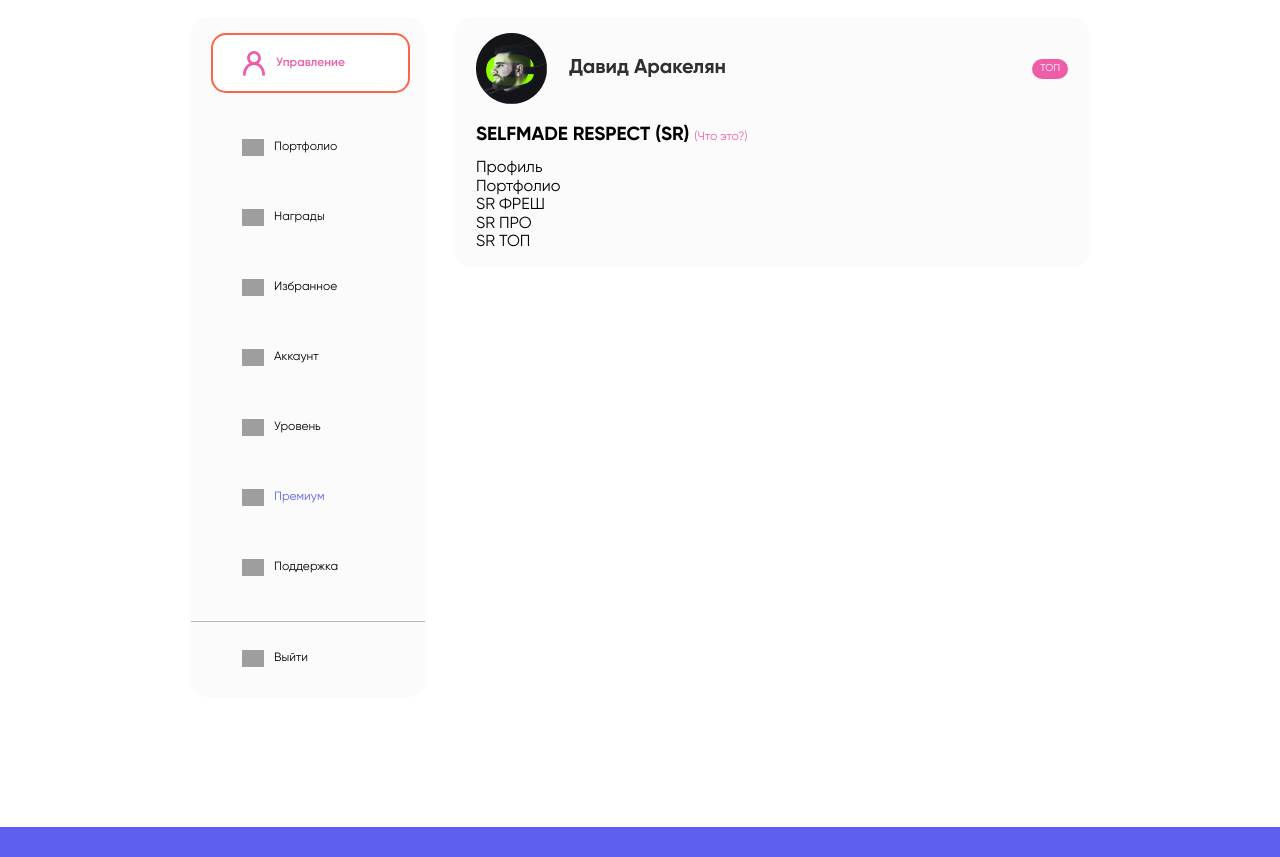
Repository: alexboagreek/selfmade
Page: index.html
These files come from the project's save history. The page is drawn as it stood at one moment and after the next save; the edit follows.
The browser window is 1280 px wide. The pictures show the part of the page from y = 353 to 1210 px (the page is 1719 px tall).
Pictures or frames that could not be fetched are drawn as grey boxes. A picture or video elsewhere on the page could not be fetched, so the positions and the page height are approximate.

Above is the page before, as saved 2022-12-13 12:54:57.

After the next save:
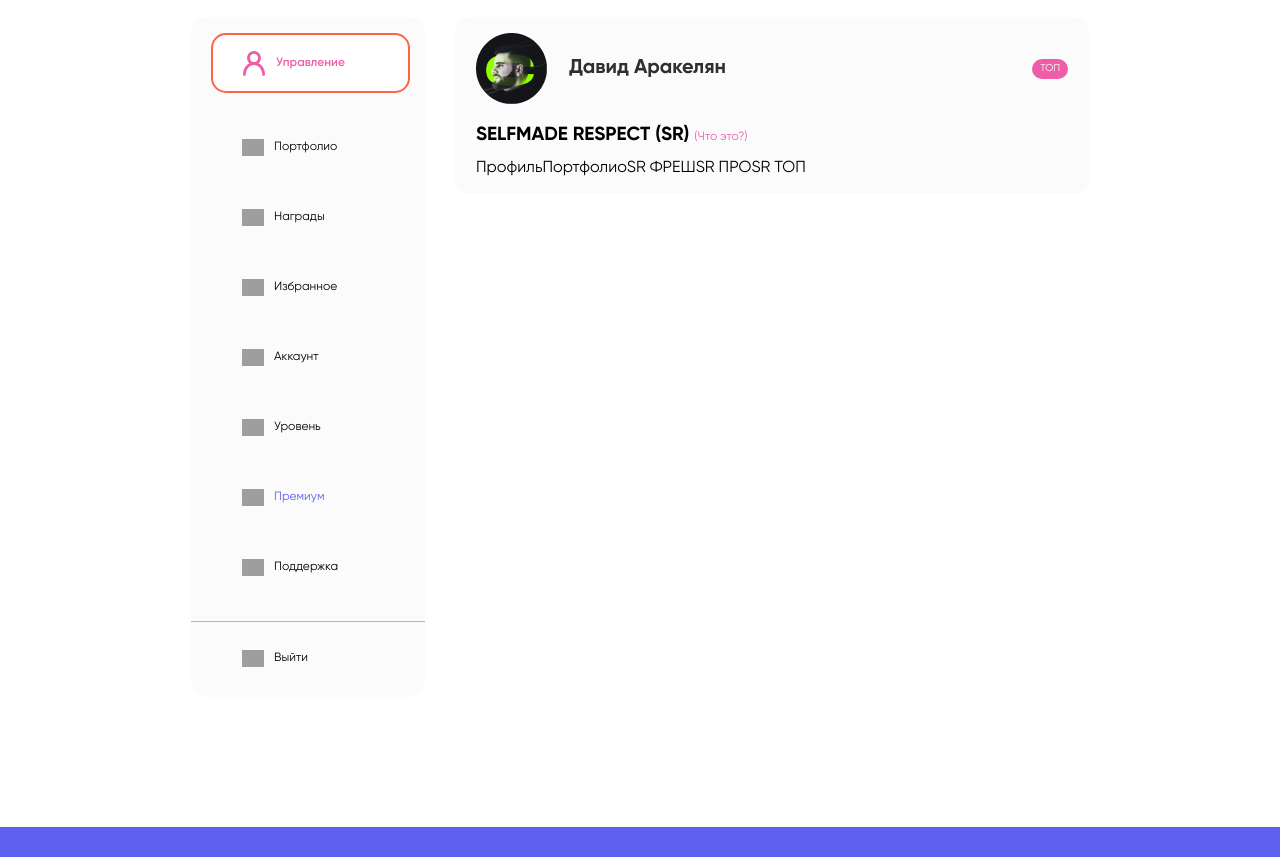
Saved 49 s later.
--- a/css/interface.css
+++ b/css/interface.css
@@ -45,3 +45,7 @@
     font-size: 12px;
     color: var(--color-control-text);
 }
+
+.selfmade__list {
+    display: flex;
+}
